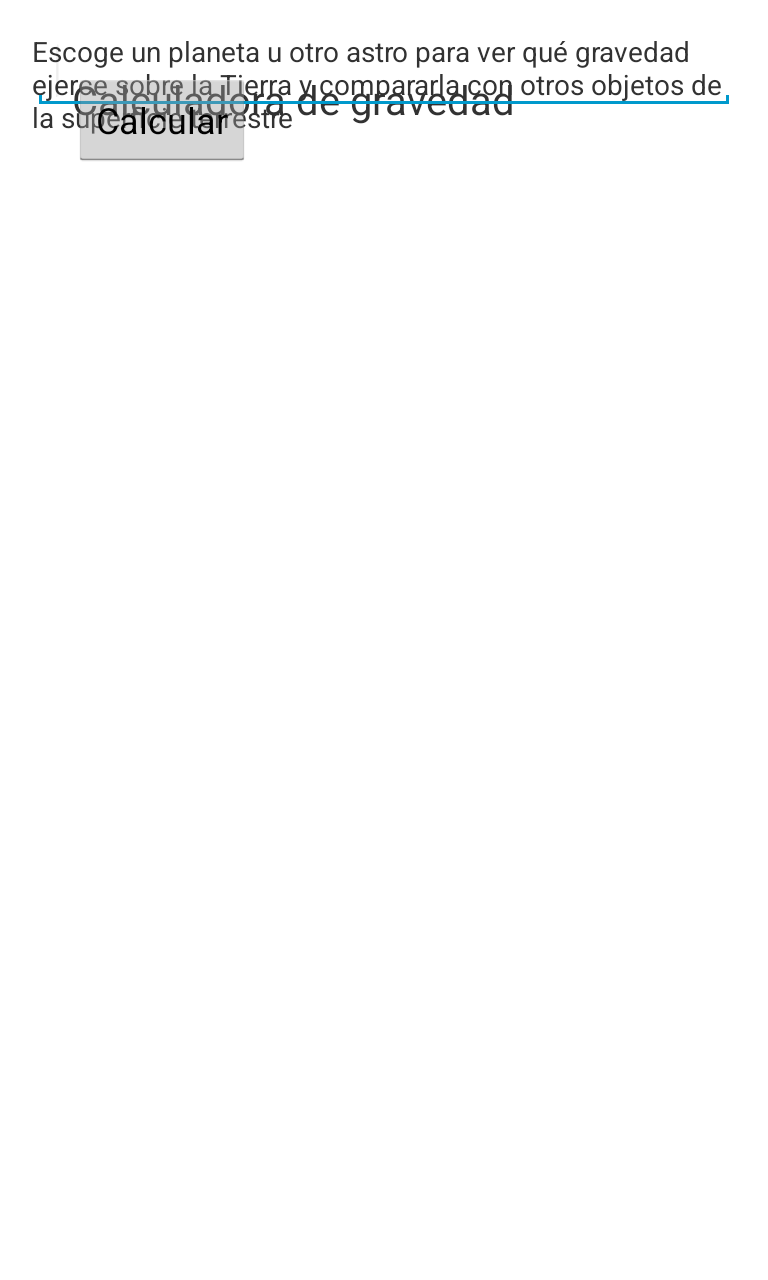
Repository: Jumax9/myPersonalNewton
Layout: MyPersonalNewton/res/layout/activity_main.xml
These files come from the project's save history. The layout is drawn as it stood at one moment and after the next save; the edit follows.
It is drawn on a 768 x 1280 px phone screen (xhdpi) without system bars, with theme AppTheme; the app's code is not run.

Above is the layout before, as saved 2014-03-15 00:43:25.

### MyPersonalNewton/res/layout/activity_main.xml
<RelativeLayout xmlns:android="http://schemas.android.com/apk/res/android"
    xmlns:tools="http://schemas.android.com/tools"
    android:layout_width="match_parent"
    android:layout_height="match_parent"
    android:paddingBottom="@dimen/activity_vertical_margin"
    android:paddingLeft="@dimen/activity_horizontal_margin"
    android:paddingRight="@dimen/activity_horizontal_margin"
    android:paddingTop="@dimen/activity_vertical_margin"
    tools:context=".MainActivity" >

    <TextView
        android:layout_width="fill_parent"
        android:layout_height="wrap_content"
        android:padding="20dp"
        android:text="@string/calculadora"
        android:textSize="20sp" >
    </TextView>

    <!-- <TextView -->
    <!-- android:layout_width="wrap_content" -->
    <!-- android:layout_height="wrap_content" -->
    <!-- android:text="@string/invitacion" /> -->


    <!-- <EditText -->
    <!-- android:id="@+id/altitud" -->
    <!-- android:layout_width="fill_parent" -->
    <!-- android:layout_height="wrap_content" -->
    <!-- android:inputType="number" -->
    <!-- android:maxLength="6" > -->


    <!-- <requestFocus /> -->
    <!-- </EditText> -->

    <TextView
        android:layout_width="wrap_content"
        android:layout_height="wrap_content"
        android:text="@string/astro" />

<!--     <Spinner -->
<!--         android:id="@+id/spinner1" -->
<!--         android:layout_width="match_parent" -->
<!--         android:layout_height="wrap_content" -->
<!--         android:entries="@array/planet_array" -->
<!--         android:prompt="@string/planet_prompt" /> -->

    <EditText
        android:id="@+id/planetaNum"
        android:layout_width="fill_parent"
        android:layout_height="wrap_content"
        android:inputType="number"
        android:maxLength="6" >

        <requestFocus />
    </EditText>

    <Button
        android:id="@+id/calcular"
        android:layout_width="wrap_content"
        android:layout_height="wrap_content"
        android:layout_gravity="center"
        android:layout_margin="20dp"
        android:text="@string/calcular" />

</RelativeLayout>

### MyPersonalNewton/res/values/strings.xml
<?xml version="1.0" encoding="utf-8"?>
<resources>

    <string name="app_name">My Gravity</string>
    <string name="action_settings">Settings</string>
    <string name="hello_world">Hello world!</string>
    <string name="calculadora">Calculadora de gravedad</string>
    <string name="invitacion">Introduce la altitud sobre el nivel del mar a la que se encuentra</string>
    <string name="calcular">Calcular</string>
    <string name="resultado">Resultado</string>
    <string name="jupiter">Jupiter</string>
    <string name="astro">Escoge un planeta u otro astro para ver qué gravedad ejerce sobre la Tierra y compararla con otros objetos de la superficie terrestre</string>
    <string name="planet_prompt">Elige un astro</string>

    <string-array name="planet_array">
        <item>Sol</item>
        <item>Mercurio</item>
        <item>Venus</item>
        <item>La Luna</item> 63581581
        <item>Marte</item>
        <item>Júpiter</item>
        <item>Saturno</item>
        <item>Urano</item>
        <item>Neptuno</item>
    </string-array>

    <string name="ooparts_prompt">Elige una comparación</string>

    <string-array name="ooparts_array">
        <item>Aneto</item>
        <item>Calvitero</item>
        <item>Mulhacén</item>
        <item>Peña Trevinca</item>
        <item>Pica d\'Estats</item>
        <item>Teide</item>
        <item>Teleno</item>
    </string-array>

</resources>

Loaded but not shown: MyPersonalNewton/res/values/styles.xml (common file); MyPersonalNewton/res/values-v11/styles.xml (common file); MyPersonalNewton/res/values-v14/styles.xml (common file); MyPersonalNewton/res/values/dimens.xml (common file)

After the next save:
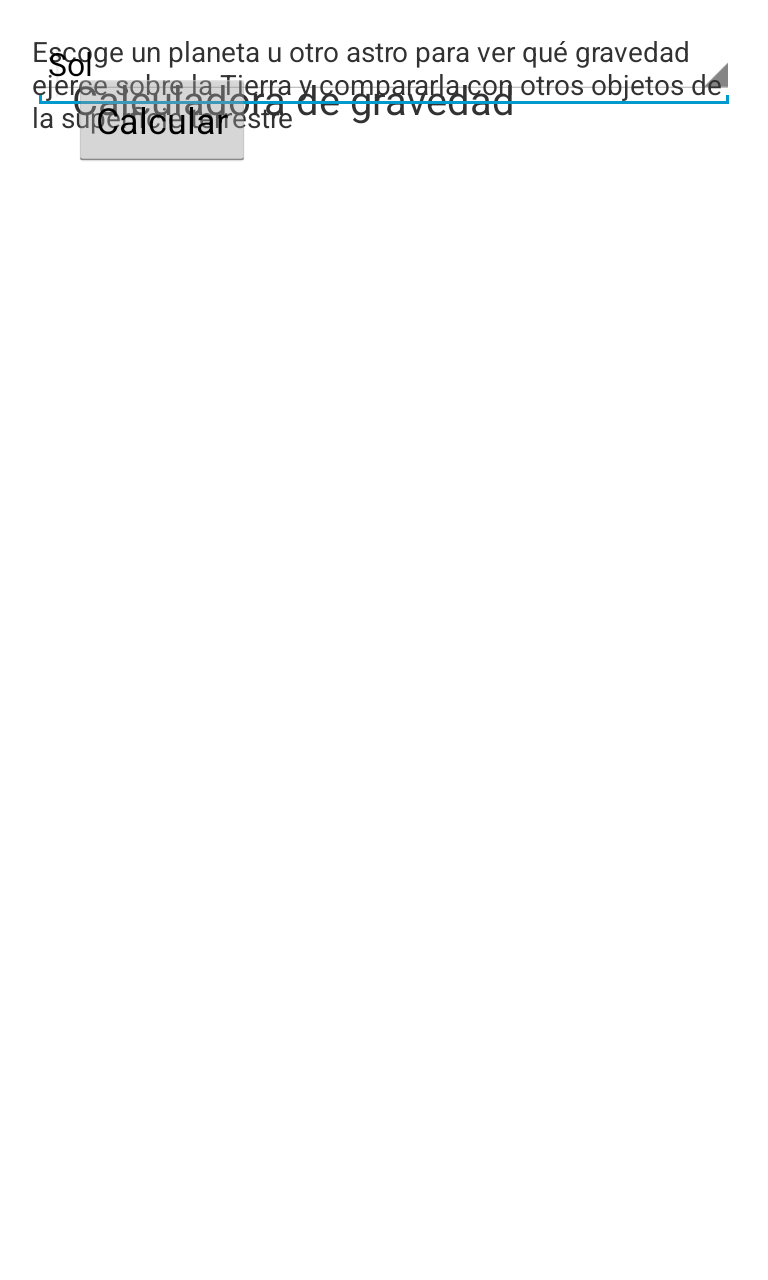
Saved 34 s later.
--- a/MyPersonalNewton/res/layout/activity_main.xml
+++ b/MyPersonalNewton/res/layout/activity_main.xml
@@ -38,12 +38,12 @@
         android:layout_height="wrap_content"
         android:text="@string/astro" />
 
-<!--     <Spinner -->
-<!--         android:id="@+id/spinner1" -->
-<!--         android:layout_width="match_parent" -->
-<!--         android:layout_height="wrap_content" -->
-<!--         android:entries="@array/planet_array" -->
-<!--         android:prompt="@string/planet_prompt" /> -->
+    <Spinner
+        android:id="@+id/spinner1"
+        android:layout_width="match_parent"
+        android:layout_height="wrap_content"
+        android:entries="@array/planet_array"
+        android:prompt="@string/planet_prompt" />
 
     <EditText
         android:id="@+id/planetaNum"
